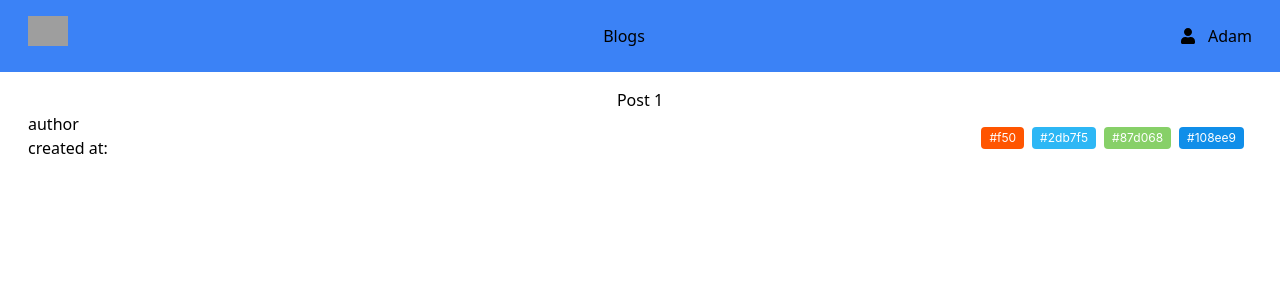
Repository: Lan-au-75/zv-app
Page: /
An editor plug-in stored every save of this project. The page is shown before and after a run of saves, followed by the edit.
The browser window is 1280 px wide. The pictures show the whole page.
Pictures or frames that could not be fetched are drawn as grey boxes. The project was rebuilt for these pictures with package versions that can differ from the ones it lists, and the page was loaded fresh each time. Also part of the build but not shown: vite.config.js.

Above is the page before, as saved 2023-12-13 11:03:30.

### src/App.jsx
import { Space, Tag } from 'antd'
import Header from './components/Header'
export default function App() {
    return (
        <div>
            <Header></Header>
            <main className='p-4'>
                <h1 className='flex items-center justify-center'>Post 1</h1>
                <div className='flex items-center justify-between mx-3'>
                    <div>
                        <h3>author</h3>
                        <span className='mt-2'>created at: </span>
                    </div>
                    {/* search keyword */}
                    <div>
                        <Space size={[0, 8]} wrap>
                            <Tag color='#f50'>#f50</Tag>
                            <Tag color='#2db7f5'>#2db7f5</Tag>
                            <Tag color='#87d068'>#87d068</Tag>
                            <Tag color='#108ee9'>#108ee9</Tag>
                        </Space>
                    </div>
                </div>
            </main>
        </div>
    )
}

### src/components/Header.jsx
import { FaUser } from 'react-icons/fa'
function Header() {
    return (
        <header className='bg-blue-500'>
            <div className='flex items-center justify-between mx-3 p-4'>
                <div className='w-10 h-10 '>
                    <img
                        src='https://cdn.pixabay.com/photo/2020/07/21/02/07/facebook-5424833_960_720.png'
                        alt='facebook'
                    />
                </div>
                <div>Blogs</div>
                <div className='flex gap-3 items-center'>
                    <FaUser />
                    <div>Adam</div>
                </div>
            </div>
        </header>
    )
}

export default Header

Loaded but not shown: index.html (common file); src/main.jsx (common file); src/index.css (common file); tailwind.config.js (common file)

After the next 3 saves:
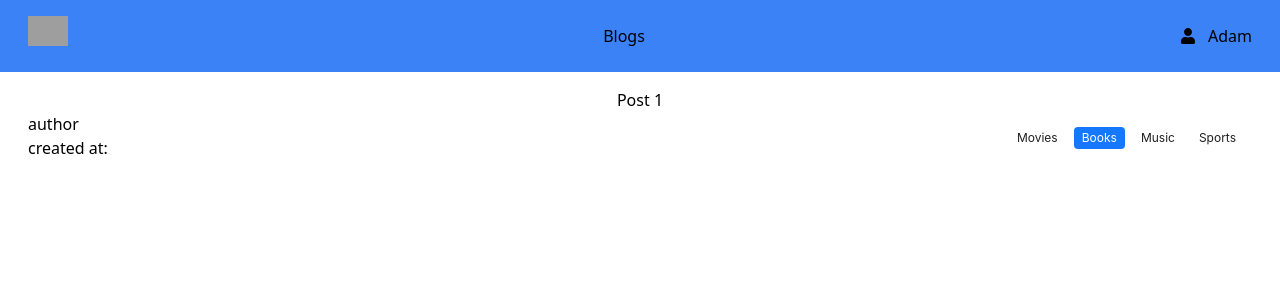
The 3 saves are shown as one change because 2 did not build or start.
The last was saved 8 min 36 s later.
--- a/src/App.jsx
+++ b/src/App.jsx
@@ -1,6 +1,20 @@
-import { Space, Tag } from 'antd'
+import { Space } from 'antd'
 import Header from './components/Header'
+import { useState } from 'react'
+import CheckableTag from 'antd/es/tag/CheckableTag'
+
+const tagsData = ['Movies', 'Books', 'Music', 'Sports']
+
 export default function App() {
+    const [selectedTags, setSelectedTags] = useState(['Books'])
+    const handleChange = (tag, checked) => {
+        const nextSelectedTags = checked
+            ? [...selectedTags, tag]
+            : selectedTags.filter((t) => t !== tag)
+        console.log('You are interested in: ', nextSelectedTags)
+        setSelectedTags(nextSelectedTags)
+    }
+
     return (
         <div>
             <Header></Header>
@@ -14,10 +28,15 @@
                     {/* search keyword */}
                     <div>
                         <Space size={[0, 8]} wrap>
-                            <Tag color='#f50'>#f50</Tag>
-                            <Tag color='#2db7f5'>#2db7f5</Tag>
-                            <Tag color='#87d068'>#87d068</Tag>
-                            <Tag color='#108ee9'>#108ee9</Tag>
+                            {tagsData.map((tag) => (
+                                <CheckableTag
+                                    key={tag}
+                                    checked={selectedTags.includes(tag)}
+                                    onChange={(checked) => handleChange(tag, checked)}
+                                >
+                                    {tag}
+                                </CheckableTag>
+                            ))}
                         </Space>
                     </div>
                 </div>
